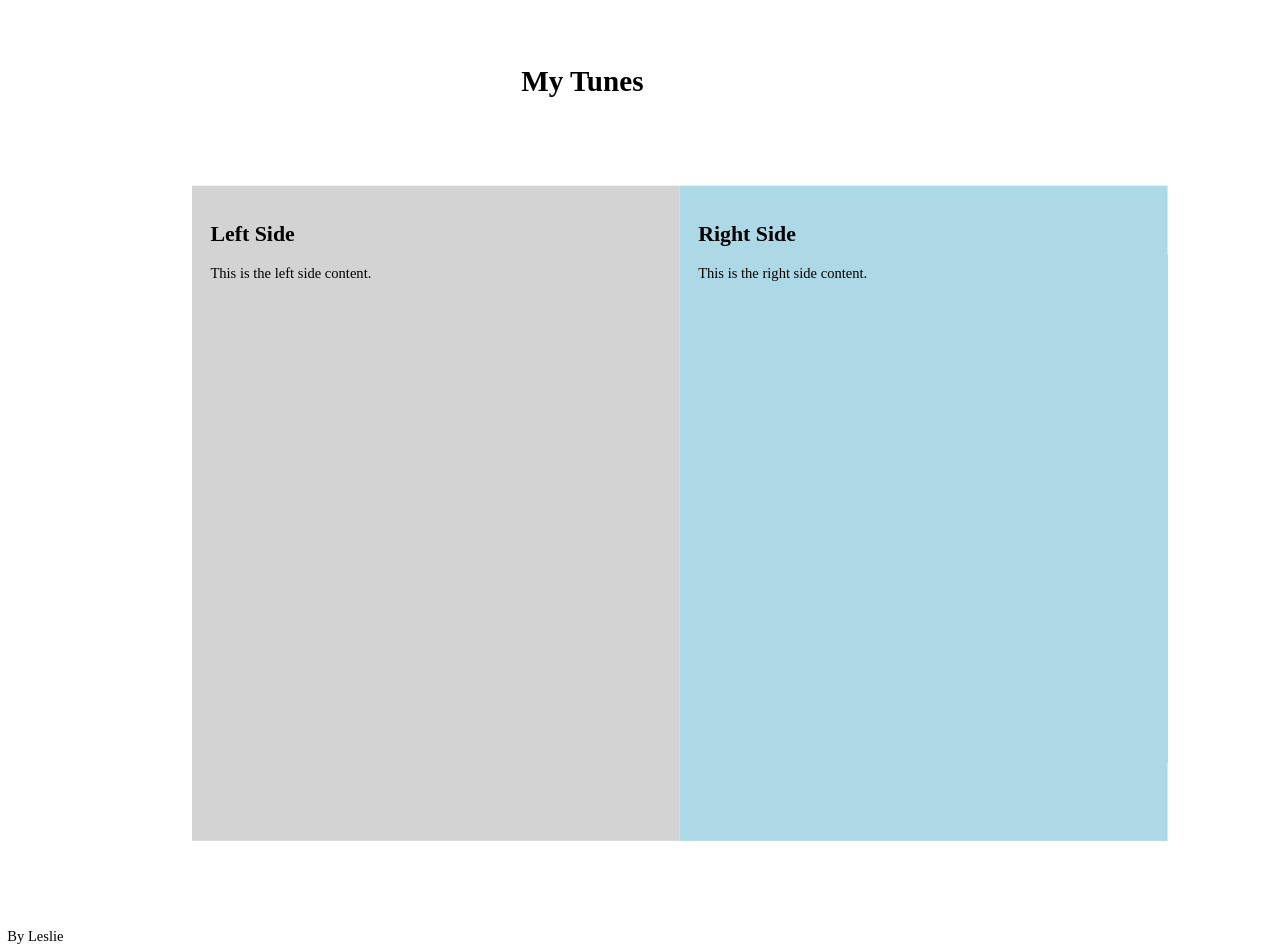
Repository: leslie179/labOne
Page: /
The author's editor kept a copy of each file at every save. The page is drawn from the files as they stood at one save, then again after a run of saves.
The browser window is 1280 px wide. The page is 1283 px wide, then 1390 px, so the pictures cover 1390 px, including what lies to the right of the window. The pictures show the whole page, at 91% of full size.
The project was rebuilt for these pictures with package versions that can differ from the ones it lists, and the page was loaded fresh each time. The framework's server and built-in components were replaced by stand-ins that run in the browser. Also part of the build but not shown: next.config.js, components/Footer/Footer.module.css, components/LeftComponent/LeftComponent.module.css, components/RightComponent/RightComponent.module.css.

Above is the page before, as saved 2024-09-15 21:39:02.

After the next 2 saves:
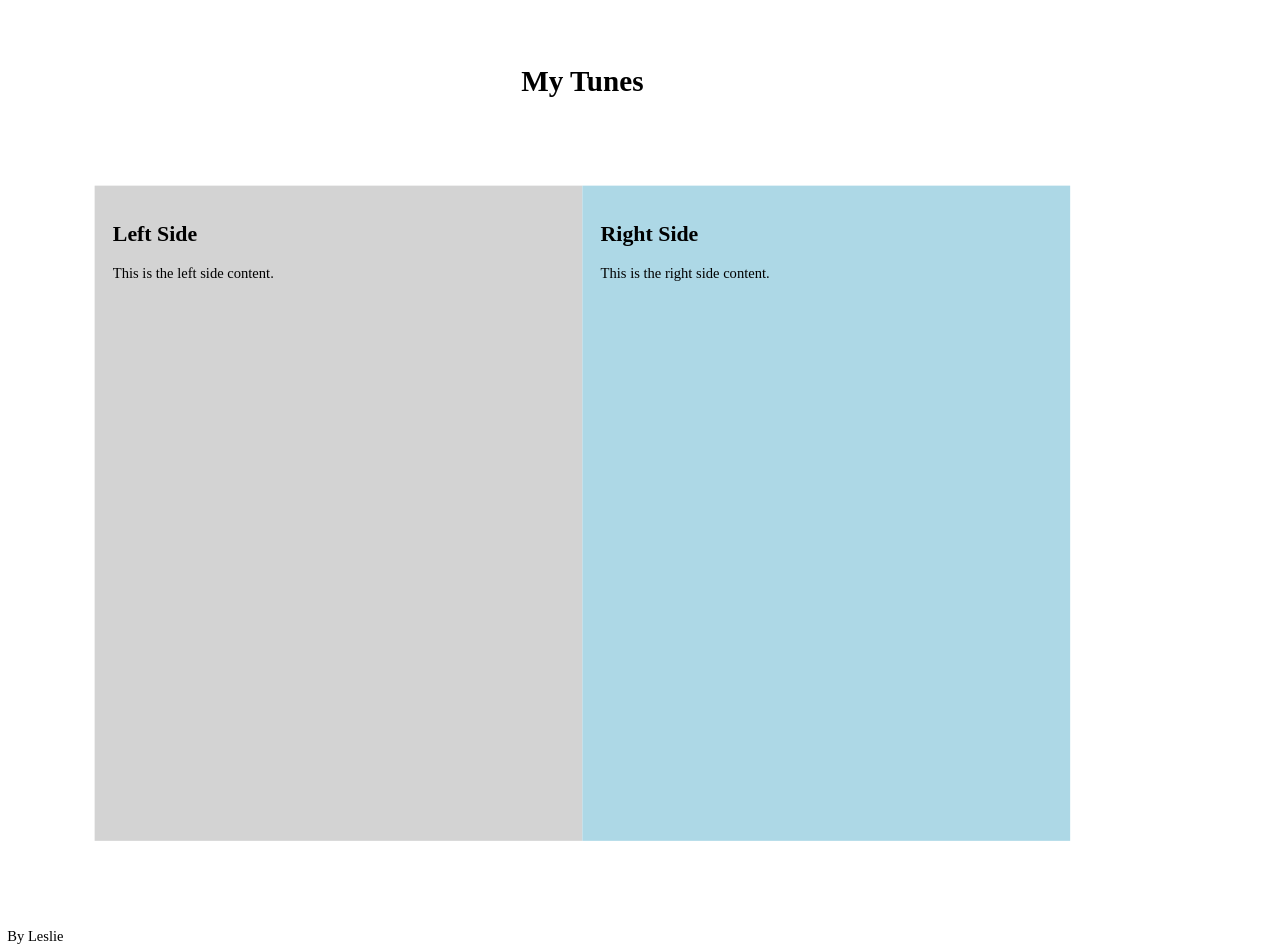
The 2 saves are shown as one change because they came seconds apart.
The last was saved 9 s later.
--- a/styles/Home.module.css
+++ b/styles/Home.module.css
@@ -12,6 +12,7 @@
   width: 100%;
   height: 100vh;
   padding-left: 20%;
+  padding-right: 20%;
 }
 
 .left, .right {
